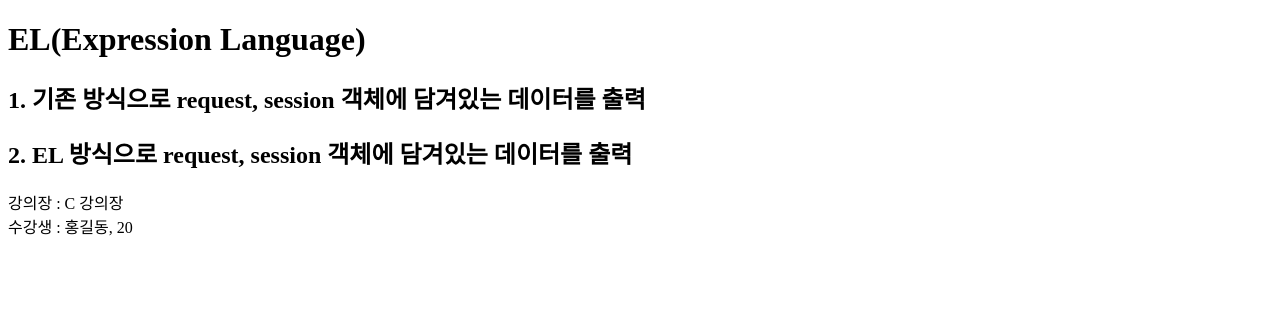
Repository: Parknogyung/Backend
Page: http://localhost/03_EL_JSTL/el.do
These files come from the project's save history. The page is drawn as it stood at one moment and after the next save; the edit follows.
The browser window is 1280 px wide. The pictures show the whole page.
The page is served by Tomcat 9.

Above is the page before, as saved 2022-07-12 02:10:47.

### 03_EL_JSTL/src/main/webapp/views/el/el.jsp
<%@page import="com.kh.el.model.vo.Student"%>
<%@ page language="java" contentType="text/html; charset=UTF-8"
    pageEncoding="UTF-8"%>
<%
	// Request 영역에 저장된 속성(Attribute)를 가져온다.
	// String classRoom = (String) request.getAttribute("classRoom");
	// Student student = (Student) request.getAttribute("student");

	// Session 영역에 저장된 속성(Attribute)를 가져온다.
	// String classRoom = (String)session.getAttribute("classRoom");
	// Student student = (Student)session.getAttribute("student");
%>
<!DOCTYPE html>
<html>
<head>
<meta charset="UTF-8">
<title>1. EL(Expression Language)</title>
</head>
<body>
	<h1>EL(Expression Language)</h1>

	<h2>1. 기존 방식으로 request, session 객체에 담겨있는 데이터를 출력</h2>
	<%--
	강의장 : <%= classRoom %> <br>
	수강생 : <%= student.getName() %>, <%= student.getAge() %> <br>
	--%>

	<h2>2. EL 방식으로 request, session 객체에 담겨있는 데이터를 출력</h2>
	<!--
		1. EL은 영역 객체에 저장된 속성명(name)을 검색해서 존재하는 경우 값을 가져온다.
		  - Page 영역 -> Request 영역 -> Session 영역 -> Application 영역 순으로 해당 속성을 찾아서 값을 가져온다.
	 	2. EL은 객체의 필드에 직접 접근하는 것 처럼 보이지만 내부적으로는 해당 객체의 Getter 메소드로 접근해서 값을 읽어온다.
	 -->
	강의장 : ${classRoom} <br>
	수강생 : ${student.name }, ${student.age } <br>
</body>
</html>

### 03_EL_JSTL/src/main/java/com/kh/el/controller/ELServlet.java
package com.kh.el.controller;

import java.io.IOException;

import javax.servlet.ServletContext;
import javax.servlet.ServletException;
import javax.servlet.annotation.WebServlet;
import javax.servlet.http.HttpServlet;
import javax.servlet.http.HttpServletRequest;
import javax.servlet.http.HttpServletResponse;
import javax.servlet.http.HttpSession;

import com.kh.el.model.vo.Student;

/**
 * Servlet implementation class ELServlet
 */
@WebServlet("/el.do")
public class ELServlet extends HttpServlet {
	private static final long serialVersionUID = 1L;

    public ELServlet() {
    }

    @Override
	protected void doGet(HttpServletRequest request, HttpServletResponse response) throws ServletException, IOException {
    	HttpSession session = request.getSession();
    	ServletContext application = request.getServletContext();

    	// Request 영역에 데이터를 저장
    	request.setAttribute("classRoom", "C 강의장");
    	request.setAttribute("student", new Student("홍길동", 20, 80, 80));
    	request.setAttribute("scope", "request");

    	// Session 영역에 데이터를 저장
    	session.setAttribute("classRoom", "D 강의장");
    	session.setAttribute("student", new Student("성춘향", 18, 100, 100));
    	session.setAttribute("scope", "session");

    	// Application 영역에 데이터를 저장
    	application.setAttribute("academy", "KH 정보교육원");
    	application.setAttribute("teacher", "문인수");
    	application.setAttribute("scope", "application");

    	request.getRequestDispatcher("views/el/el.jsp").forward(request, response);
    }

}

### 03_EL_JSTL/src/main/java/com/kh/el/model/vo/Student.java
package com.kh.el.model.vo;

import lombok.AllArgsConstructor;
import lombok.Data;
import lombok.Getter;
import lombok.NoArgsConstructor;

@Data
@NoArgsConstructor
@AllArgsConstructor
public class Student {
	private String name;

	private int age;

	private int math;

	private int english;
}

After the next save:
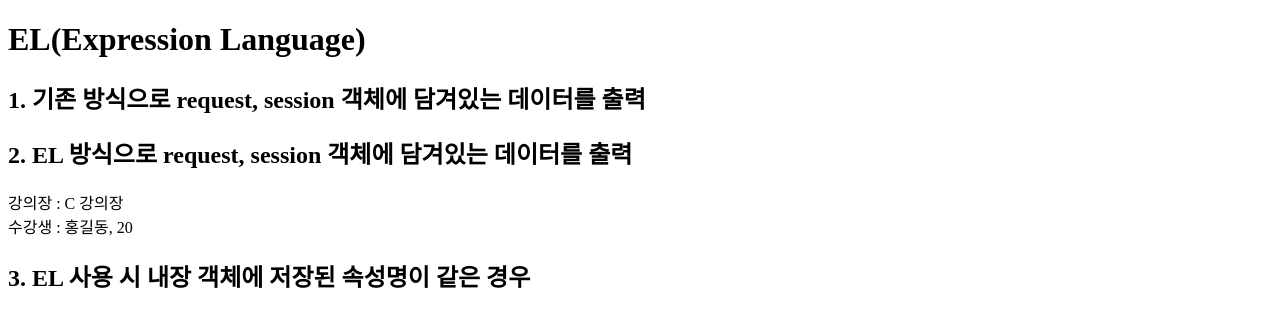
Saved 69 s later.
--- a/03_EL_JSTL/src/main/webapp/views/el/el.jsp
+++ b/03_EL_JSTL/src/main/webapp/views/el/el.jsp
@@ -33,5 +33,7 @@
 	 -->
 	강의장 : ${classRoom} <br>
 	수강생 : ${student.name }, ${student.age } <br>
+
+	<h2>3. EL 사용 시 내장 객체에 저장된 속성명이 같은 경우</h2>
 </body>
 </html>
